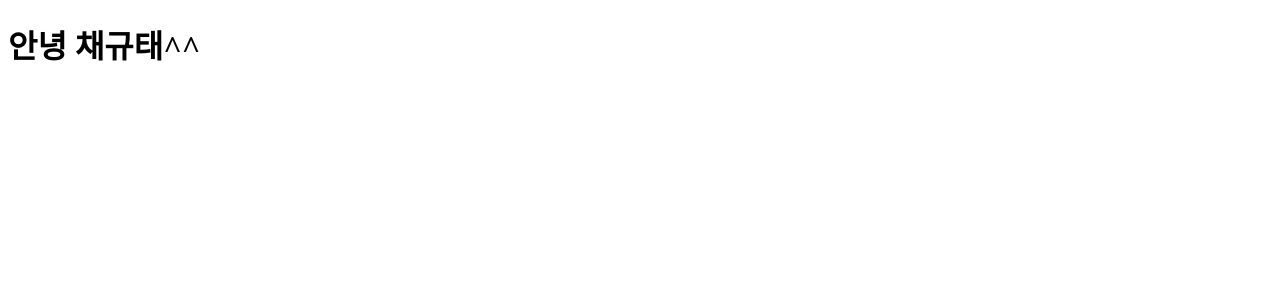
Repository: CDANIEL0123/Spring_Mybatis_test
Page: http://localhost/BoardWeb/
The author's editor kept a copy of each file at every save. The page is drawn from the files as they stood at one save, then again after the next save.
The browser window is 1280 px wide. The pictures show the whole page.
The page is served by Tomcat 10.

Above is the page before, as saved 2025-05-21 01:59:35.

After the next save:
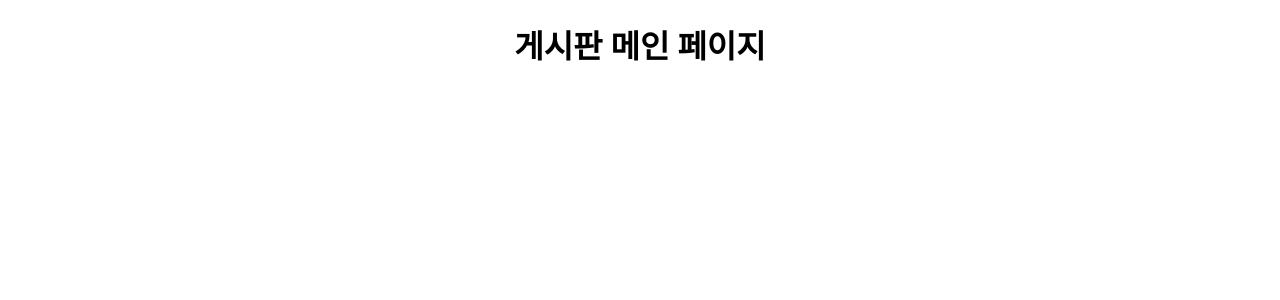
Saved 20 min 17 s later.
--- a/BoardWeb/src/main/webapp/index.jsp
+++ b/BoardWeb/src/main/webapp/index.jsp
@@ -4,9 +4,11 @@
 <html>
 <head>
 <meta charset="UTF-8">
-<title>Insert title here</title>
+<title>메인 페이지</title>
 </head>
 <body>
-<h1>안녕 채규태^^</h1>
+<center>
+<h1>게시판 메인 페이지</h1>
+</center>
 </body>
 </html>
